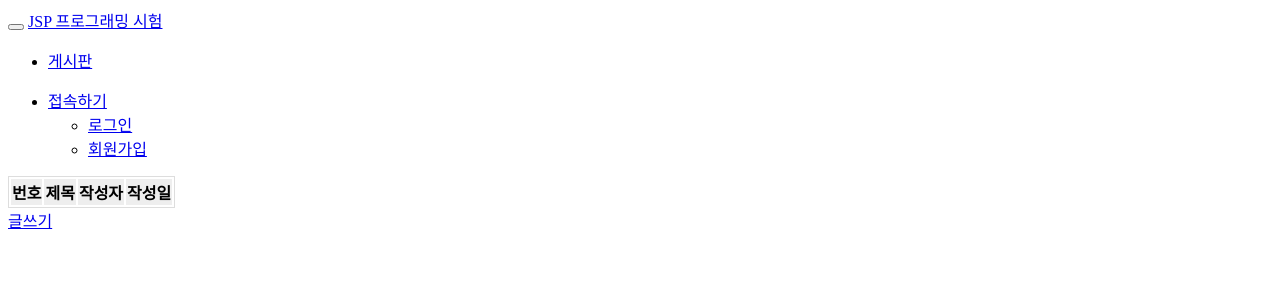
Repository: yujin149/noticeJSP
Page: http://localhost/BBS/bbs.jsp
These files come from the project's save history. The page is drawn as it stood at one moment and after the next save; the edit follows.
The browser window is 1280 px wide. The pictures show the whole page.
Some web libraries are served in a nearby version. The page is served by Tomcat 9. Queries for data that is not in the repository find no rows.

Above is the page before, as saved 2024-11-29 02:17:34.

After the next save:
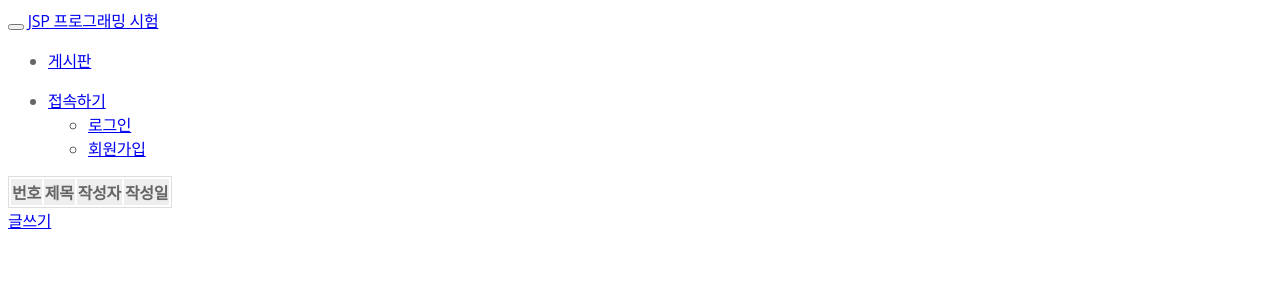
Saved 6 s later.
--- a/BBS/src/main/webapp/css/font.css
+++ b/BBS/src/main/webapp/css/font.css
@@ -11,3 +11,20 @@
     src: url('https://fonts.googleapis.com/css2?family=Roboto:wght@100;300;400;500;700;900&display=swap');
          unicode-range: U+0030-0039;
 }
+
+
+html, body, table, input, textarea, nav, button, div, p, span,
+#main_wrap span, h1, h2, h3, h4, h6, tr, td, ol, ul, li, select, pre {
+    font-size:16px;
+    font-family:"Noto Sans KR","roboto","Open Sans",Malgun Gothic,"맑은 고딕",AppleGothic,Dotum,"돋움",sans-serif;
+    color:#666;letter-spacing: -0.3px; font-weight: 400;
+}
+
+
+.notosanskr {
+ font-family: 'Noto Sans KR', sans-serif;
+}
+
+.roboto {
+ font-family: 'roboto', sans-serif;
+}
